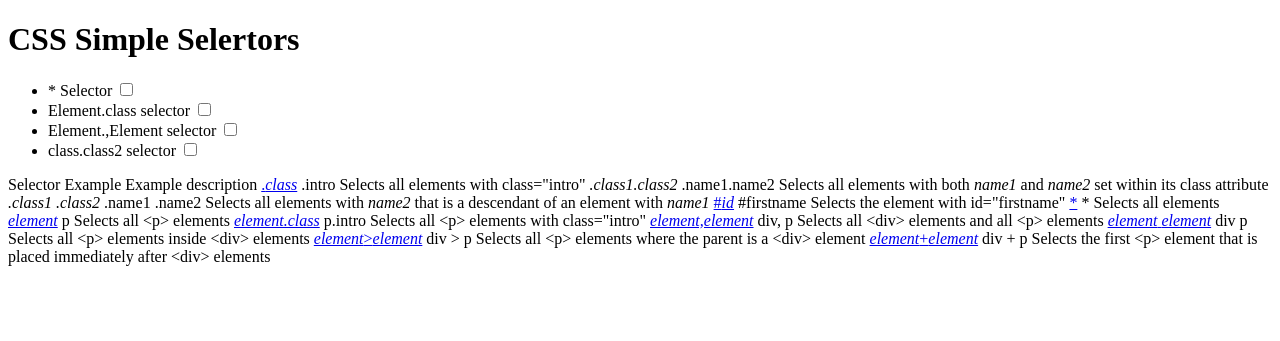
Repository: phanvu0103/HTML-CSS
Page: CSS_24_CSS-Selertors-là_gì/04_Simple_Selertors_2/index.html
The author's editor kept a copy of each file at every save. The page is drawn from the files as they stood at one save, then again after the next save.
The browser window is 1280 px wide. The pictures show the whole page.

Above is the page before, as saved 2022-10-19 13:18:09.

### CSS_24_CSS-Selertors-là_gì/04_Simple_Selertors_2/index.html
<!DOCTYPE html>
<html lang="en">
  <head>
    <meta charset="UTF-8" />
    <meta name="viewport" content="width=device-width, initial-scale=1.0" />
    <link rel="stylesheet" href="./style.css" />
    <title>Simple Selertors</title>
  </head>
  <body>
    <h1>CSS Simple Selertors</h1>
    <ul>
      <li>
        * Selector
        <input type="checkbox" />
      </li>
      <li>
        Element.class selector
        <input type="checkbox" />
      </li>
      <li>
        Element.,Element selector
        <input type="checkbox" />
      </li>
      <li>
        class.class2 selector
        <input type="checkbox" />
      </li>
    </ul>
    <tr>
      <th style="width: 20%">Selector</th>
      <th style="width: 20%">Example</th>
      <th>Example description</th>
    </tr>
    <tr>
      <td>
        <a href="sel_class.asp">.<i>class</i></a>
      </td>
      <td class="notranslate">.intro</td>
      <td>Selects all elements with class="intro"</td>
    </tr>
    <tr>
      <td><em>.class1.class2</em></td>
      <td class="notranslate">.name1.name2</td>
      <td>
        Selects all elements with both <em>name1</em> and <em>name2</em> set
        within its class attribute
      </td>
    </tr>
    <tr>
      <td><em>.class1 .class2</em></td>
      <td class="notranslate">.name1 .name2</td>
      <td>
        Selects all elements with <em>name2</em> that is a descendant of an
        element with <em>name1</em>
      </td>
    </tr>
    <tr>
      <td>
        <a href="sel_id.asp">#<i>id</i></a>
      </td>
      <td class="notranslate">#firstname</td>
      <td>Selects the element with id="firstname"</td>
    </tr>
    <tr>
      <td><a href="sel_all.asp">*</a></td>
      <td class="notranslate">*</td>
      <td>Selects all elements</td>
    </tr>
    <tr>
      <td>
        <i><a href="sel_element.asp">element</a></i>
      </td>
      <td class="notranslate">p</td>
      <td>Selects all &lt;p&gt; elements</td>
    </tr>
    <tr>
      <td>
        <i><a href="sel_element_class.asp">element.class</a></i>
      </td>
      <td class="notranslate">p.intro</td>
      <td>Selects all &lt;p&gt; elements with class="intro"</td>
    </tr>
    <tr>
      <td>
        <i><a href="sel_element_comma.asp">element,element</a></i>
      </td>
      <td class="notranslate">div, p</td>
      <td>Selects all &lt;div&gt; elements and all &lt;p&gt; elements</td>
    </tr>
    <tr>
      <td>
        <a href="sel_element_element.asp"><i>element</i> <i>element</i></a>
      </td>
      <td class="notranslate">div p</td>
      <td>Selects all &lt;p&gt; elements inside &lt;div&gt; elements</td>
    </tr>
    <tr>
      <td>
        <a href="sel_element_gt.asp"><i>element</i>&gt;<i>element</i></a>
      </td>
      <td class="notranslate">div &gt; p</td>
      <td>
        Selects all &lt;p&gt; elements where the parent is a &lt;div&gt; element
      </td>
    </tr>
    <tr>
      <td>
        <a href="sel_element_pluss.asp"><i>element</i>+<i>element</i></a>
      </td>
      <td class="notranslate">div + p</td>
      <td>
        Selects the first &lt;p&gt; element that is placed immediately after
        &lt;div&gt; elements
      </td>
    </tr>
  </body>
</html>

Loaded but not shown: CSS_24_CSS-Selertors-là_gì/04_Simple_Selertors_2/style.css (no stored copy; drawn as an empty file)

After the next save:
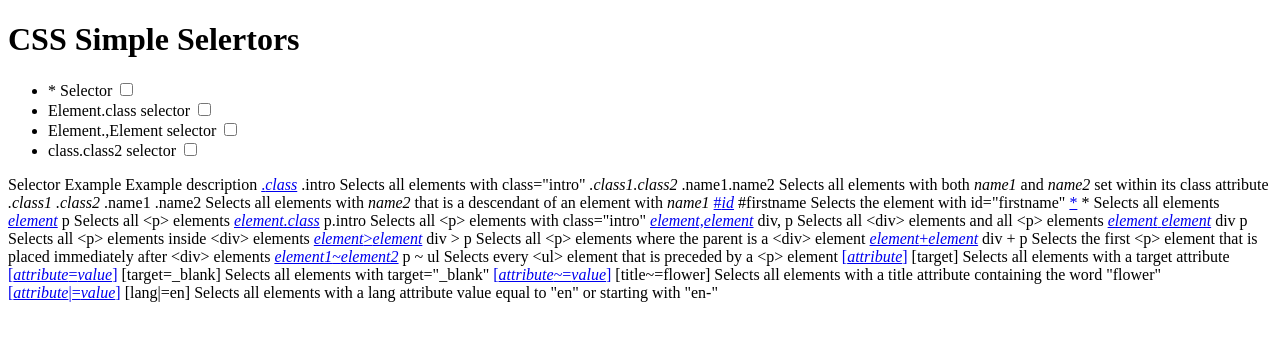
Saved 90 s later.
--- a/CSS_24_CSS-Selertors-là_gì/04_Simple_Selertors_2/index.html
+++ b/CSS_24_CSS-Selertors-là_gì/04_Simple_Selertors_2/index.html
@@ -113,5 +113,49 @@
         &lt;div&gt; elements
       </td>
     </tr>
+    <tr>
+      <td>
+        <a href="sel_gen_sibling.asp"><i>element1</i>~<i>element2</i></a>
+      </td>
+      <td>p ~ ul</td>
+      <td>
+        Selects every &lt;ul&gt; element that is preceded by a &lt;p&gt; element
+      </td>
+    </tr>
+    <tr>
+      <td><a href="sel_attribute.asp">[<i>attribute</i>]</a></td>
+      <td class="notranslate">[target]</td>
+      <td>Selects all elements with a target attribute</td>
+    </tr>
+    <tr>
+      <td>
+        <a href="sel_attribute_value.asp">[<i>attribute</i>=<i>value</i>]</a>
+      </td>
+      <td class="notranslate">[target=_blank]</td>
+      <td>Selects all elements with target="_blank"</td>
+    </tr>
+    <tr>
+      <td>
+        <a href="sel_attribute_value_contains.asp"
+          >[<i>attribute</i>~=<i>value</i>]</a
+        >
+      </td>
+      <td class="notranslate">[title~=flower]</td>
+      <td>
+        Selects all elements with a title attribute containing the word "flower"
+      </td>
+    </tr>
+    <tr>
+      <td>
+        <a href="sel_attribute_value_lang.asp"
+          >[<i>attribute</i>|=<i>value</i>]</a
+        >
+      </td>
+      <td class="notranslate">[lang|=en]</td>
+      <td>
+        Selects all elements with a lang attribute value equal to "en" or
+        starting with "en-"
+      </td>
+    </tr>
   </body>
 </html>
